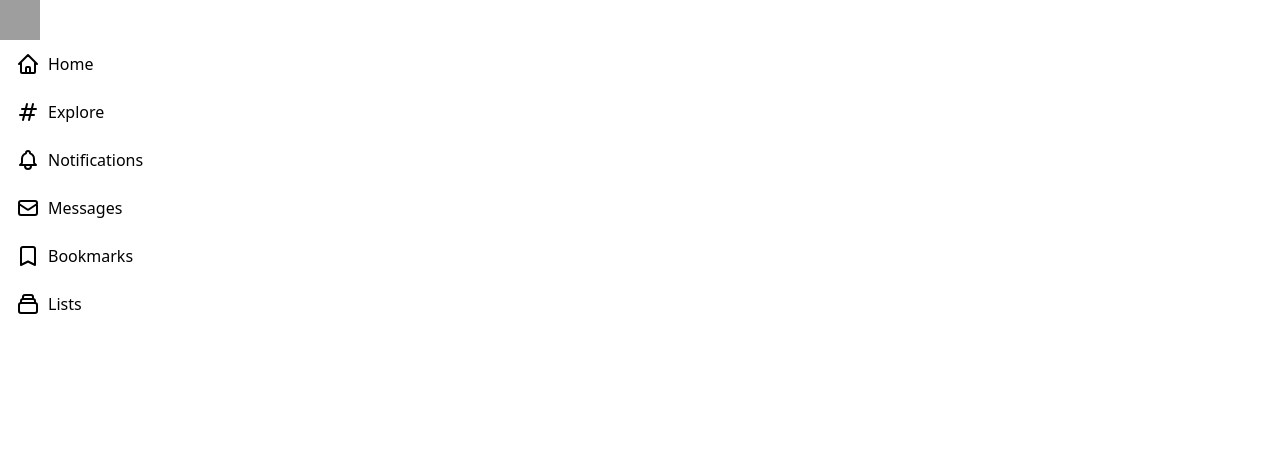
Repository: kushagrasaxena061/Twitter-sanity
Page: /
An editor plug-in stored every save of this project. The page is shown before and after the next save, followed by the edit.
The browser window is 1280 px wide. The pictures show the whole page.
Pictures or frames that could not be fetched are drawn as grey boxes. The project was rebuilt for these pictures with package versions that can differ from the ones it lists, and the page was loaded fresh each time. The framework's server and built-in components were replaced by stand-ins that run in the browser. Also part of the build but not shown: next.config.js.

Above is the page before, as saved 2022-10-18 20:15:46.

After the next save:
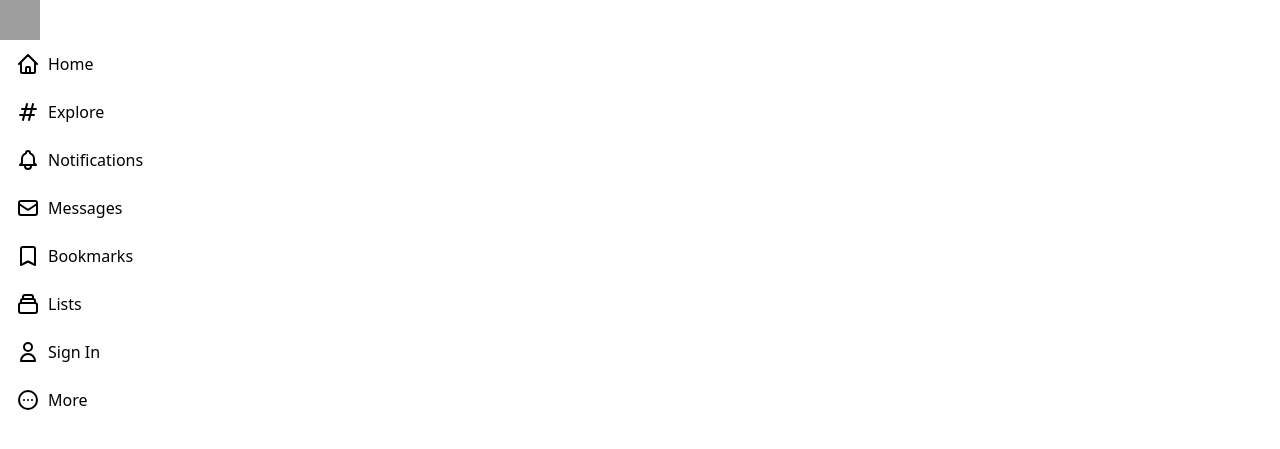
Saved 3 min 26 s later.
--- a/components/Sidebar.tsx
+++ b/components/Sidebar.tsx
@@ -12,6 +12,8 @@ export default function Sidebar() {
         <SidebarRow Icon={MailIcon} title="Messages"/>
         <SidebarRow Icon={BookmarkIcon} title="Bookmarks"/>
         <SidebarRow Icon={CollectionIcon} title="Lists"/>
+        <SidebarRow Icon={UserIcon} title="Sign In"/>
+        <SidebarRow Icon={DotsCircleHorizontalIcon} title="More"/>
     </div>
   )
 }
--- a/components/SidebarRow.tsx
+++ b/components/SidebarRow.tsx
@@ -12,7 +12,7 @@ interface Props{
 
 export default function SidebarRow({Icon, title}:Props) {
   return (
-    <div className="flex items-center space-x-2 px-4 py-3 rounded-full hover:bg-gray-100 cursor-pointer transition-all hover:text-[#00ADED] " >
+    <div className="flex max-w-fit items-center space-x-2 px-4 py-3 rounded-full hover:bg-gray-100 cursor-pointer transition-all hover:text-[#00ADED] " >
       <Icon className="h-6 w-6" />
       <p>{title}</p>
     </div>
